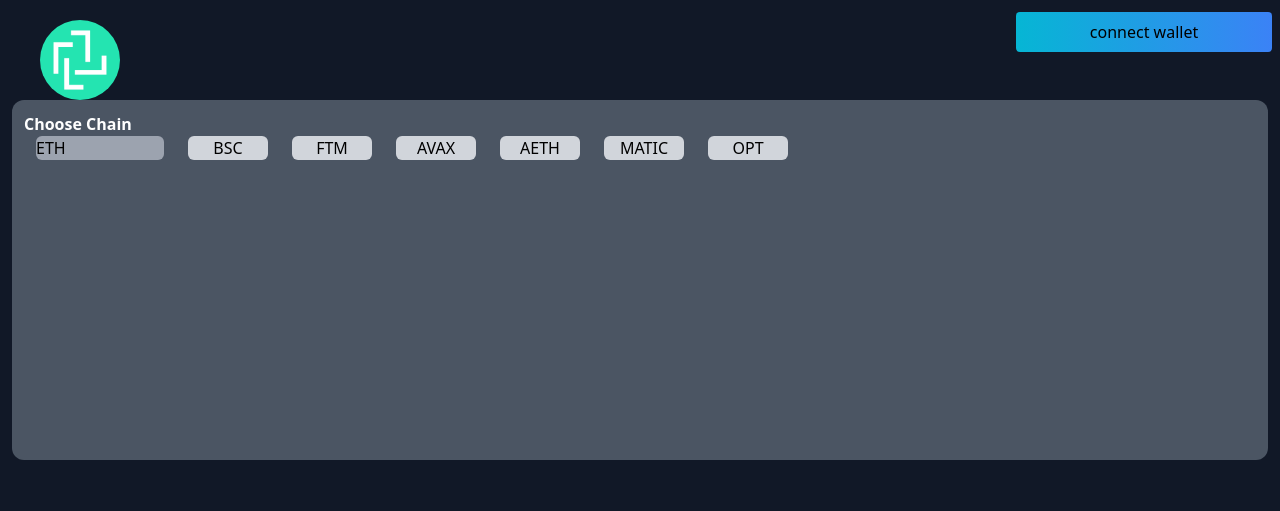
Repository: AstriaFinance/AstriaMvp
Page: /
These files come from the project's save history. The page is drawn as it stood at one moment and after the next save; the edit follows.
The browser window is 1280 px wide. The pictures show the whole page.
The project was rebuilt for these pictures with package versions that can differ from the ones it lists, and the page was loaded fresh each time. Also part of the build but not shown: src/components/Nav.jsx, src/components/ErrorPage.jsx.

Above is the page before, as saved 2022-07-04 10:05:12.

### src/index.css
@tailwind base;
@tailwind components;
@tailwind utilities;

@import url("https://fonts.googleapis.com/css2?family=Gentium+Book+Plus:ital@1&display=swap");

### src/App.js
import { Nav, Home, ErrorPage } from "./components";
import { BrowserRouter as Router, Routes, Route, Link } from "react-router-dom";
function App() {
  return (
    <Router>
      <Routes>
        <Route path="/" element={<Home />} />
        <Route path="/AstriaMvp" element={<Home />} />
        <Route path="*" element={<ErrorPage />} />
      </Routes>
    </Router>
  );
}

export default App;

### src/components/index.js
export { default as Nav } from "./Nav";
export { default as ErrorPage } from "./ErrorPage";
export { default as Home } from "./Home";

### src/components/Home.jsx
import React, { useEffect, useState } from "react";
import astriaPorta_abi from "../contracts/astriaPorta_abi.json";
import testEth_abi from "../contracts/testEth_abi";
import xap_abi from "../contracts/xap_abi.json";
import logo from "../static/astria2.jpg";
import { ethers } from "ethers";

const Home = () => {
  const contractAddress = "0x1b3781eA482113695622EF6C31Fb38c4e02C95A0";
  const testEthContractAddress = "0x8c5696f345827C2d5A7a2e48F815A428eCC87437";
  const xapContractAddress = "0x5272c7F5eA6E5F9bb88f20B9f47Bd0f29e5921EC";
  const [conButtonText, setConButtonText] = useState("connect wallet");
  const [errorMessage, setErrorMessage] = useState(null);
  const [defaultAccount, setDefaultAccount] = useState(null);
  const [provider, setProvider] = useState(null);
  const [signer, setSigner] = useState(null);
  const [contract, setContract] = useState(null);
  const [transferHash, setTransferHah] = useState(null);
  const [depositHash, setDepositHash] = useState(null);
  const [testEthContract, setTestEthContract] = useState(null);
  const [borrowHash, setBorrowHash] = useState(null);
  const [sendHash, setSendHash] = useState(null);
  const [xapContract, setxapContract] = useState(null);
  const [TausdBalance, setTausdBalance] = useState(null);
  const [TestBalance, setTestBalance] = useState(null);

  const connectWalletHandler = () => {
    if (window.ethereum) {
      window.ethereum
        .request({ method: "eth_requestAccounts" })
        .then((result) => {
          accountChangedHandler(result[0]);
          setConButtonText("Wallet connected");
        })
        .catch((error) => {
          setErrorMessage(error.message);
        });
    } else {
      console.log("Install Metamask");
      setErrorMessage("Please Install Metamask");
    }
    TausdbalanceHandler();
    testColleteralHandler();
  };

  const accountChangedHandler = (newAddress) => {
    setDefaultAccount(newAddress);
    updateEthers();
  };

  const updateEthers = () => {
    let tempProvider = new ethers.providers.Web3Provider(window.ethereum);
    let tempSigner = tempProvider.getSigner();
    let tempContract = new ethers.Contract(
      contractAddress,
      astriaPorta_abi,
      tempSigner
    );
    let testEthContract = new ethers.Contract(
      testEthContractAddress,
      testEth_abi,
      tempSigner
    );
    let xapContract = new ethers.Contract(
      xapContractAddress,
      xap_abi,
      tempSigner
    );
    setProvider(tempProvider);
    setSigner(tempSigner);
    setContract(tempContract);
    setTestEthContract(testEthContract);
    setxapContract(xapContract);
  };

  const mintHandler = async (e) => {
    e.preventDefault();
    let mintAmount = e.target.mintAmount.value;

    let txn = await contract.Mint(mintAmount);
    setTransferHah(txn);
  };

  const depositHandler = async (e) => {
    e.preventDefault();
    let depositAmount = e.target.depositAmount.value;

    let depositTxn = await contract.deposit(depositAmount);
    setDepositHash(depositTxn);
  };

  const borrowHandler = async (e) => {
    e.preventDefault();
    let borrowAmount = e.target.borrowAmount.value;
    let borrowtxn = await contract.borrow(borrowAmount);
    setBorrowHash(borrowtxn);
  };

  const sendTokenHandler = async (e) => {
    e.preventDefault();
    let messageFee = ethers.utils.parseEther("0.025");
    let tempSigner = signer.getAddress();
    let dstChainId = 10002;
    let to = tempSigner;
    let qty = e.target.qty.value;
    let zeroPaymentAddress = tempSigner;
    let adapterParam = "0x";
    let sendTokenTransaction = await xapContract.sendTokens(
      dstChainId,
      to,
      qty,
      zeroPaymentAddress,
      adapterParam,
      { value: ethers.utils.parseEther("0.01") }
    );
    setSendHash(sendTokenTransaction);
  };

  const approveTestEth = async (e) => {
    e.preventDefault();
    await testEthContract.approve(contractAddress, "9007199254740990");
  };

  const TausdbalanceHandler = async () => {
    let balanceTausdToken = await xapContract.balanceOf(defaultAccount);
    let balanceTausdNum = balanceTausdToken.toNumber();
    let decimals = await xapContract.decimals();
    let tokenBalance = balanceTausdNum / Math.pow(10, decimals);
    setTausdBalance(toFixed(tokenBalance));
  };

  const testColleteralHandler = async () => {
    let balanceTestToken = await testEthContract.balanceOf(defaultAccount);
    let balanceTestTokenNum = balanceTestToken.toNumber();
    let decimals = await testEthContract.decimals();
    let tokenBalance = balanceTestTokenNum / Math.pow(10, decimals);

    setTestBalance(toFixed(tokenBalance));
  };

  function toFixed(x) {
    if (Math.abs(x) < 1.0) {
      var e = parseInt(x.toString().split("e-")[1]);
      if (e) {
        x *= Math.pow(10, e - 1);
        x = "0." + new Array(e).join("0") + x.toString().substring(2);
      }
    } else {
      var e = parseInt(x.toString().split("+")[1]);
      if (e > 20) {
        e -= 20;
        x /= Math.pow(10, e);
        x += new Array(e + 1).join("0");
      }
    }
    return x;
  }
  useEffect(() => {
    if (contract != null) {
    }
  }, []);
  return (
    <div className="bg-gray-900 h-screen">
      <div className="flex justify-between">
        <img src={logo} alt="" className="h-20 mt-5 mx-10 rounded-full" />

        <button
          onClick={connectWalletHandler}
          className="bg-gradient-to-r from-cyan-500 to-blue-500 rounded w-64 h-10 mt-3 mr-2"
        >
          {conButtonText}
        </button>
      </div>
      <div className="bg-gray-600 rounded-xl h-1/2 mx-3 p-3">
        <h2 className="text-white font-bold ">Choose Chain</h2>
        <div className="flex  overflow-x-auto ">
          <div className=" bg-gray-400 rounded-md   w-32 mx-3">ETH</div>
          <div className="bg-gray-300 rounded-md w-20 text-center mx-3">
            BSC
          </div>
          <div className="bg-gray-300 rounded-md w-20 text-center mx-3">
            FTM
          </div>
          <div className="bg-gray-300 rounded-md w-20 text-center mx-3">
            AVAX
          </div>
          <div className="bg-gray-300 rounded-md w-20 text-center mx-3">
            AETH
          </div>
          <div className="bg-gray-300 rounded-md w-20 text-center mx-3">
            MATIC
          </div>
          <div className="bg-gray-300 rounded-md w-20 text-center mx-3">
            OPT
          </div>
          <hr className="bg-black" />
        </div>
      </div>
    </div>
  );
};

export default Home;

### src/contracts/astriaPorta_abi.json
[
	{
		"inputs": [
			{
				"internalType": "contract IXAP",
				"name": "_XAP",
				"type": "address"
			}
		],
		"stateMutability": "nonpayable",
		"type": "constructor"
	},
	{
		"anonymous": false,
		"inputs": [
			{
				"indexed": true,
				"internalType": "address",
				"name": "masterContract",
				"type": "address"
			},
			{
				"indexed": false,
				"internalType": "bytes",
				"name": "data",
				"type": "bytes"
			},
			{
				"indexed": true,
				"internalType": "address",
				"name": "cloneAddress",
				"type": "address"
			}
		],
		"name": "LogDeploy",
		"type": "event"
	},
	{
		"anonymous": false,
		"inputs": [
			{
				"indexed": false,
				"internalType": "address",
				"name": "to",
				"type": "address"
			},
			{
				"indexed": false,
				"internalType": "uint256",
				"name": "amount",
				"type": "uint256"
			}
		],
		"name": "Minted",
		"type": "event"
	},
	{
		"anonymous": false,
		"inputs": [
			{
				"indexed": false,
				"internalType": "address",
				"name": "from",
				"type": "address"
			},
			{
				"indexed": false,
				"internalType": "uint256",
				"name": "amount",
				"type": "uint256"
			}
		],
		"name": "borrowed",
		"type": "event"
	},
	{
		"anonymous": false,
		"inputs": [
			{
				"indexed": false,
				"internalType": "address",
				"name": "from",
				"type": "address"
			},
			{
				"indexed": false,
				"internalType": "uint256",
				"name": "amount",
				"type": "uint256"
			}
		],
		"name": "deposited",
		"type": "event"
	},
	{
		"inputs": [],
		"name": "BORROW_OPENING_FEE",
		"outputs": [
			{
				"internalType": "uint256",
				"name": "",
				"type": "uint256"
			}
		],
		"stateMutability": "view",
		"type": "function"
	},
	{
		"inputs": [],
		"name": "COLLATERIZATION_RATE",
		"outputs": [
			{
				"internalType": "uint256",
				"name": "",
				"type": "uint256"
			}
		],
		"stateMutability": "view",
		"type": "function"
	},
	{
		"inputs": [],
		"name": "LIQUIDATION_MULTIPLIER",
		"outputs": [
			{
				"internalType": "uint256",
				"name": "",
				"type": "uint256"
			}
		],
		"stateMutability": "view",
		"type": "function"
	},
	{
		"inputs": [
			{
				"internalType": "uint256",
				"name": "_amount",
				"type": "uint256"
			}
		],
		"name": "Mint",
		"outputs": [],
		"stateMutability": "nonpayable",
		"type": "function"
	},
	{
		"inputs": [],
		"name": "XAP",
		"outputs": [
			{
				"internalType": "contract IXAP",
				"name": "",
				"type": "address"
			}
		],
		"stateMutability": "view",
		"type": "function"
	},
	{
		"inputs": [
			{
				"internalType": "address",
				"name": "_spender",
				"type": "address"
			},
			{
				"internalType": "uint256",
				"name": "_amount",
				"type": "uint256"
			}
		],
		"name": "approve",
		"outputs": [],
		"stateMutability": "nonpayable",
		"type": "function"
	},
	{
		"inputs": [
			{
				"internalType": "uint256",
				"name": "amount",
				"type": "uint256"
			}
		],
		"name": "borrow",
		"outputs": [],
		"stateMutability": "nonpayable",
		"type": "function"
	},
	{
		"inputs": [
			{
				"internalType": "uint16",
				"name": "_dstChainId",
				"type": "uint16"
			},
			{
				"internalType": "bytes",
				"name": "_to",
				"type": "bytes"
			},
			{
				"internalType": "uint256",
				"name": "amount",
				"type": "uint256"
			},
			{
				"internalType": "address",
				"name": "_zroPaymentAddress",
				"type": "address"
			},
			{
				"internalType": "bytes",
				"name": "_adapterParam",
				"type": "bytes"
			}
		],
		"name": "borrowTo",
		"outputs": [],
		"stateMutability": "nonpayable",
		"type": "function"
	},
	{
		"inputs": [],
		"name": "collateral",
		"outputs": [
			{
				"internalType": "contract ITestETH",
				"name": "",
				"type": "address"
			}
		],
		"stateMutability": "view",
		"type": "function"
	},
	{
		"inputs": [
			{
				"internalType": "address",
				"name": "masterContract",
				"type": "address"
			},
			{
				"internalType": "bytes",
				"name": "data",
				"type": "bytes"
			},
			{
				"internalType": "bool",
				"name": "useCreate2",
				"type": "bool"
			}
		],
		"name": "deploy",
		"outputs": [
			{
				"internalType": "address",
				"name": "cloneAddress",
				"type": "address"
			}
		],
		"stateMutability": "payable",
		"type": "function"
	},
	{
		"inputs": [
			{
				"internalType": "uint256",
				"name": "amount",
				"type": "uint256"
			}
		],
		"name": "deposit",
		"outputs": [],
		"stateMutability": "payable",
		"type": "function"
	},
	{
		"inputs": [
			{
				"internalType": "address",
				"name": "",
				"type": "address"
			}
		],
		"name": "depositsToAmount",
		"outputs": [
			{
				"internalType": "uint256",
				"name": "",
				"type": "uint256"
			}
		],
		"stateMutability": "view",
		"type": "function"
	},
	{
		"inputs": [],
		"name": "feeTo",
		"outputs": [
			{
				"internalType": "address",
				"name": "",
				"type": "address"
			}
		],
		"stateMutability": "view",
		"type": "function"
	},
	{
		"inputs": [
			{
				"internalType": "bytes",
				"name": "data",
				"type": "bytes"
			}
		],
		"name": "init",
		"outputs": [],
		"stateMutability": "payable",
		"type": "function"
	},
	{
		"inputs": [
			{
				"internalType": "address",
				"name": "",
				"type": "address"
			}
		],
		"name": "masterContractOf",
		"outputs": [
			{
				"internalType": "address",
				"name": "",
				"type": "address"
			}
		],
		"stateMutability": "view",
		"type": "function"
	},
	{
		"inputs": [],
		"name": "oracle",
		"outputs": [
			{
				"internalType": "contract IOracle",
				"name": "",
				"type": "address"
			}
		],
		"stateMutability": "view",
		"type": "function"
	},
	{
		"inputs": [],
		"name": "oracleData",
		"outputs": [
			{
				"internalType": "bytes",
				"name": "",
				"type": "bytes"
			}
		],
		"stateMutability": "view",
		"type": "function"
	},
	{
		"inputs": [
			{
				"internalType": "contract ITestETH",
				"name": "_collateral",
				"type": "address"
			}
		],
		"name": "setTestColleteral",
		"outputs": [],
		"stateMutability": "nonpayable",
		"type": "function"
	},
	{
		"inputs": [],
		"name": "testColleteral",
		"outputs": [
			{
				"internalType": "contract ITestETH",
				"name": "",
				"type": "address"
			}
		],
		"stateMutability": "view",
		"type": "function"
	},
	{
		"inputs": [],
		"name": "totalDeposits",
		"outputs": [
			{
				"internalType": "uint256",
				"name": "",
				"type": "uint256"
			}
		],
		"stateMutability": "view",
		"type": "function"
	}
]

### src/contracts/testEth_abi.json
[
	{
		"inputs": [],
		"stateMutability": "nonpayable",
		"type": "constructor"
	},
	{
		"anonymous": false,
		"inputs": [
			{
				"indexed": true,
				"internalType": "address",
				"name": "owner",
				"type": "address"
			},
			{
				"indexed": true,
				"internalType": "address",
				"name": "spender",
				"type": "address"
			},
			{
				"indexed": false,
				"internalType": "uint256",
				"name": "value",
				"type": "uint256"
			}
		],
		"name": "Approval",
		"type": "event"
	},
	{
		"anonymous": false,
		"inputs": [
			{
				"indexed": true,
				"internalType": "address",
				"name": "previousOwner",
				"type": "address"
			},
			{
				"indexed": true,
				"internalType": "address",
				"name": "newOwner",
				"type": "address"
			}
		],
		"name": "OwnershipTransferred",
		"type": "event"
	},
	{
		"anonymous": false,
		"inputs": [
			{
				"indexed": true,
				"internalType": "address",
				"name": "from",
				"type": "address"
			},
			{
				"indexed": true,
				"internalType": "address",
				"name": "to",
				"type": "address"
			},
			{
				"indexed": false,
				"internalType": "uint256",
				"name": "value",
				"type": "uint256"
			}
		],
		"name": "Transfer",
		"type": "event"
	},
	{
		"inputs": [
			{
				"internalType": "address",
				"name": "owner",
				"type": "address"
			},
			{
				"internalType": "address",
				"name": "spender",
				"type": "address"
			}
		],
		"name": "allowance",
		"outputs": [
			{
				"internalType": "uint256",
				"name": "",
				"type": "uint256"
			}
		],
		"stateMutability": "view",
		"type": "function"
	},
	{
		"inputs": [
			{
				"internalType": "address",
				"name": "spender",
				"type": "address"
			},
			{
				"internalType": "uint256",
				"name": "amount",
				"type": "uint256"
			}
		],
		"name": "approve",
		"outputs": [
			{
				"internalType": "bool",
				"name": "",
				"type": "bool"
			}
		],
		"stateMutability": "nonpayable",
		"type": "function"
	},
	{
		"inputs": [
			{
				"internalType": "address",
				"name": "account",
				"type": "address"
			}
		],
		"name": "balanceOf",
		"outputs": [
			{
				"internalType": "uint256",
				"name": "",
				"type": "uint256"
			}
		],
		"stateMutability": "view",
		"type": "function"
	},
	{
		"inputs": [
			{
				"internalType": "uint256",
				"name": "amount",
				"type": "uint256"
			}
		],
		"name": "burn",
		"outputs": [],
		"stateMutability": "nonpayable",
		"type": "function"
	},
	{
		"inputs": [
			{
				"internalType": "address",
				"name": "account",
				"type": "address"
			},
			{
				"internalType": "uint256",
				"name": "amount",
				"type": "uint256"
			}
		],
		"name": "burnFrom",
		"outputs": [],
		"stateMutability": "nonpayable",
		"type": "function"
	},
	{
		"inputs": [],
		"name": "decimals",
		"outputs": [
			{
				"internalType": "uint8",
				"name": "",
				"type": "uint8"
			}
		],
		"stateMutability": "view",
		"type": "function"
	},
	{
		"inputs": [
			{
				"internalType": "address",
				"name": "spender",
				"type": "address"
			},
			{
				"internalType": "uint256",
				"name": "subtractedValue",
				"type": "uint256"
			}
		],
		"name": "decreaseAllowance",
		"outputs": [
			{
				"internalType": "bool",
				"name": "",
				"type": "bool"
			}
		],
		"stateMutability": "nonpayable",
		"type": "function"
	},
	{
		"inputs": [
			{
				"internalType": "address",
				"name": "spender",
				"type": "address"
			},
			{
				"internalType": "uint256",
				"name": "addedValue",
				"type": "uint256"
			}
		],
		"name": "increaseAllowance",
		"outputs": [
			{
				"internalType": "bool",
				"name": "",
				"type": "bool"
			}
		],
		"stateMutability": "nonpayable",
		"type": "function"
	},
	{
		"inputs": [
			{
				"internalType": "address",
				"name": "to",
				"type": "address"
			},
			{
				"internalType": "uint256",
				"name": "amount",
				"type": "uint256"
			}
		],
		"name": "mint",
		"outputs": [],
		"stateMutability": "nonpayable",
		"type": "function"
	},
	{
		"inputs": [],
		"name": "name",
		"outputs": [
			{
				"internalType": "string",
				"name": "",
				"type": "string"
			}
		],
		"stateMutability": "view",
		"type": "function"
	},
	{
		"inputs": [],
		"name": "owner",
		"outputs": [
			{
				"internalType": "address",
				"name": "",
				"type": "address"
			}
		],
		"stateMutability": "view",
		"type": "function"
	},
	{
		"inputs": [],
		"name": "renounceOwnership",
		"outputs": [],
		"stateMutability": "nonpayable",
		"type": "function"
	},
	{
		"inputs": [],
		"name": "symbol",
		"outputs": [
			{
				"internalType": "string",
				"name": "",
				"type": "string"
			}
		],
		"stateMutability": "view",
		"type": "function"
	},
	{
		"inputs": [],
		"name": "totalSupply",
		"outputs": [
			{
				"internalType": "uint256",
				"name": "",
				"type": "uint256"
			}
		],
		"stateMutability": "view",
		"type": "function"
	},
	{
		"inputs": [
			{
				"internalType": "address",
				"name": "to",
				"type": "address"
			},
			{
				"internalType": "uint256",
				"name": "amount",
				"type": "uint256"
			}
		],
		"name": "transfer",
		"outputs": [
			{
				"internalType": "bool",
				"name": "",
				"type": "bool"
			}
		],
		"stateMutability": "nonpayable",
		"type": "function"
	},
	{
		"inputs": [
			{
				"internalType": "address",
				"name": "from",
				"type": "address"
			},
			{
				"internalType": "address",
				"name": "to",
				"type": "address"
			},
			{
				"internalType": "uint256",
				"name": "amount",
				"type": "uint256"
			}
		],
		"name": "transferFrom",
		"outputs": [
			{
				"internalType": "bool",
				"name": "",
				"type": "bool"
			}
		],
		"stateMutability": "nonpayable",
		"type": "function"
	},
	{
		"inputs": [
			{
				"internalType": "address",
				"name": "newOwner",
				"type": "address"
			}
		],
		"name": "transferOwnership",
		"outputs": [],
		"stateMutability": "nonpayable",
		"type": "function"
	}
]

Loaded but not shown: public/index.html (common file); src/index.js (common file); src/reportWebVitals.js (common file); tailwind.config.js (common file); src/contracts/xap_abi.json (735 lines, source omitted)

After the next save:
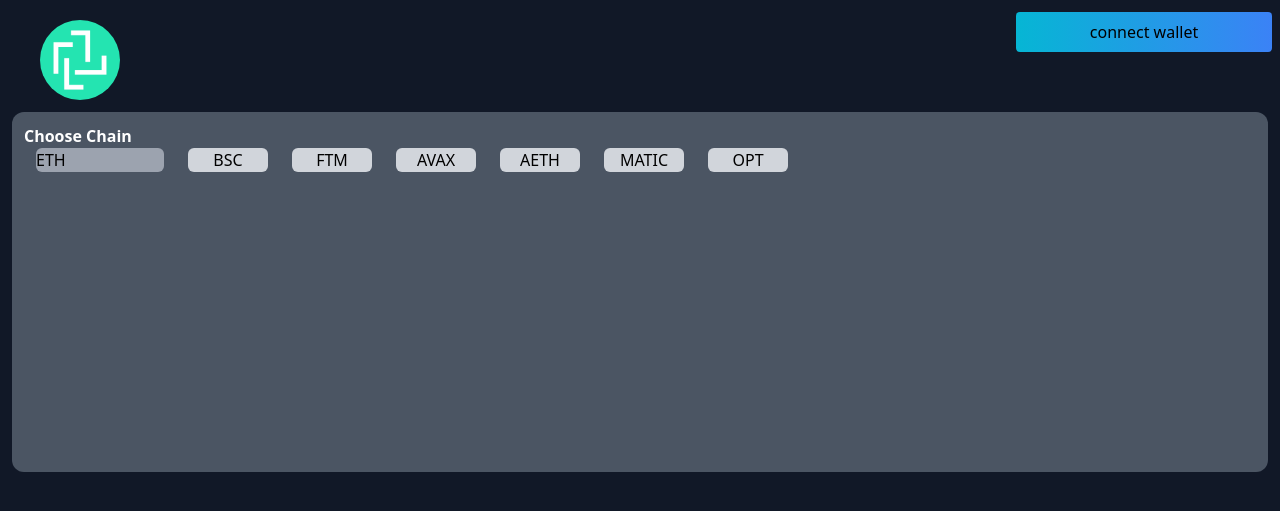
Saved 37 s later.
--- a/src/components/Home.jsx
+++ b/src/components/Home.jsx
@@ -171,7 +171,7 @@ const Home = () => {
           {conButtonText}
         </button>
       </div>
-      <div className="bg-gray-600 rounded-xl h-1/2 mx-3 p-3">
+      <div className="bg-gray-600 rounded-xl h-1/2 mx-3 my-3 p-3">
         <h2 className="text-white font-bold ">Choose Chain</h2>
         <div className="flex  overflow-x-auto ">
           <div className=" bg-gray-400 rounded-md   w-32 mx-3">ETH</div>
@@ -193,7 +193,6 @@ const Home = () => {
           <div className="bg-gray-300 rounded-md w-20 text-center mx-3">
             OPT
           </div>
-          <hr className="bg-black" />
         </div>
       </div>
     </div>
